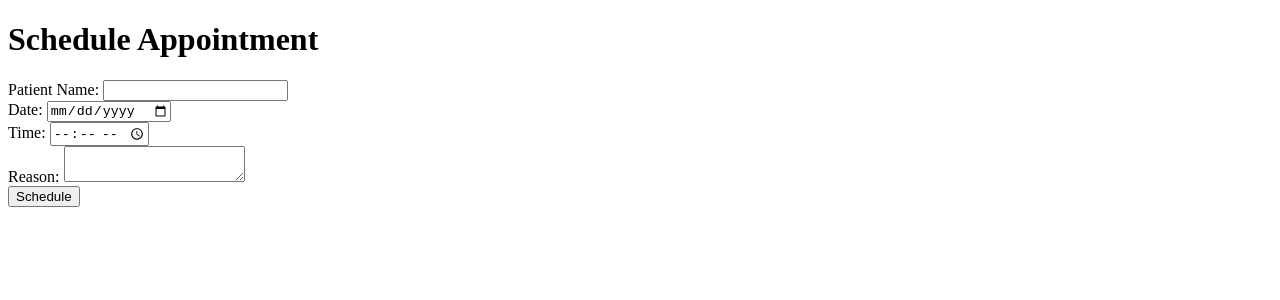
Repository: jaytriggz/Hospital-Management-System
Page: index.html
An editor plug-in stored every save of this project. The page is shown before and after a run of saves, followed by the edit.
The browser window is 1280 px wide. The pictures show the whole page.

Above is the page before, as saved 2024-07-04 12:31:34.

After the next 2 saves:
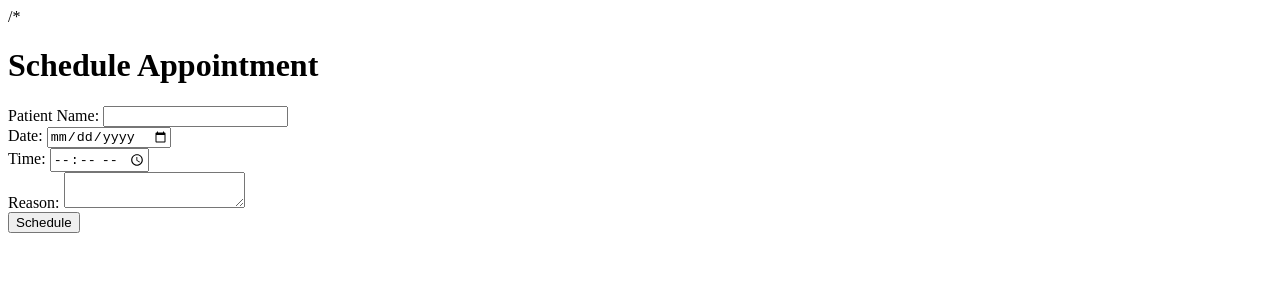
The 2 saves are shown as one change because they came seconds apart.
The last was saved 104 min 58 s later.
--- a/index.html
+++ b/index.html
@@ -1,4 +1,4 @@
-<!DOCTYPE html>
+/*<!DOCTYPE html>
 <html lang="en">
 <head>
     <meta charset="UTF-8">
